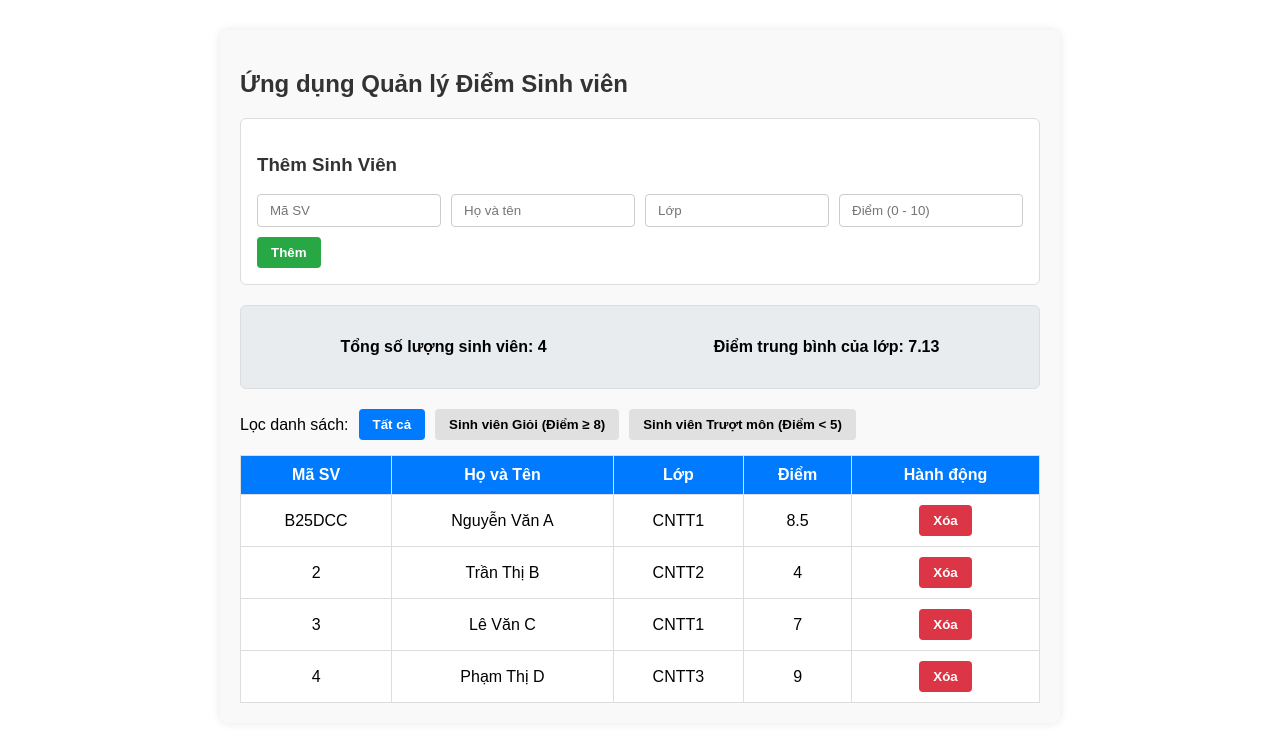
Repository: bachphamudu/B25DCCC030
Page: /
An editor plug-in stored every save of this project. The page is shown before and after the next save, followed by the edit.
The browser window is 1280 px wide. The pictures show the whole page.
The project was rebuilt for these pictures with package versions that can differ from the ones it lists, and the page was loaded fresh each time.

Above is the page before, as saved 2026-10-15 10:07:35.

After the next save:
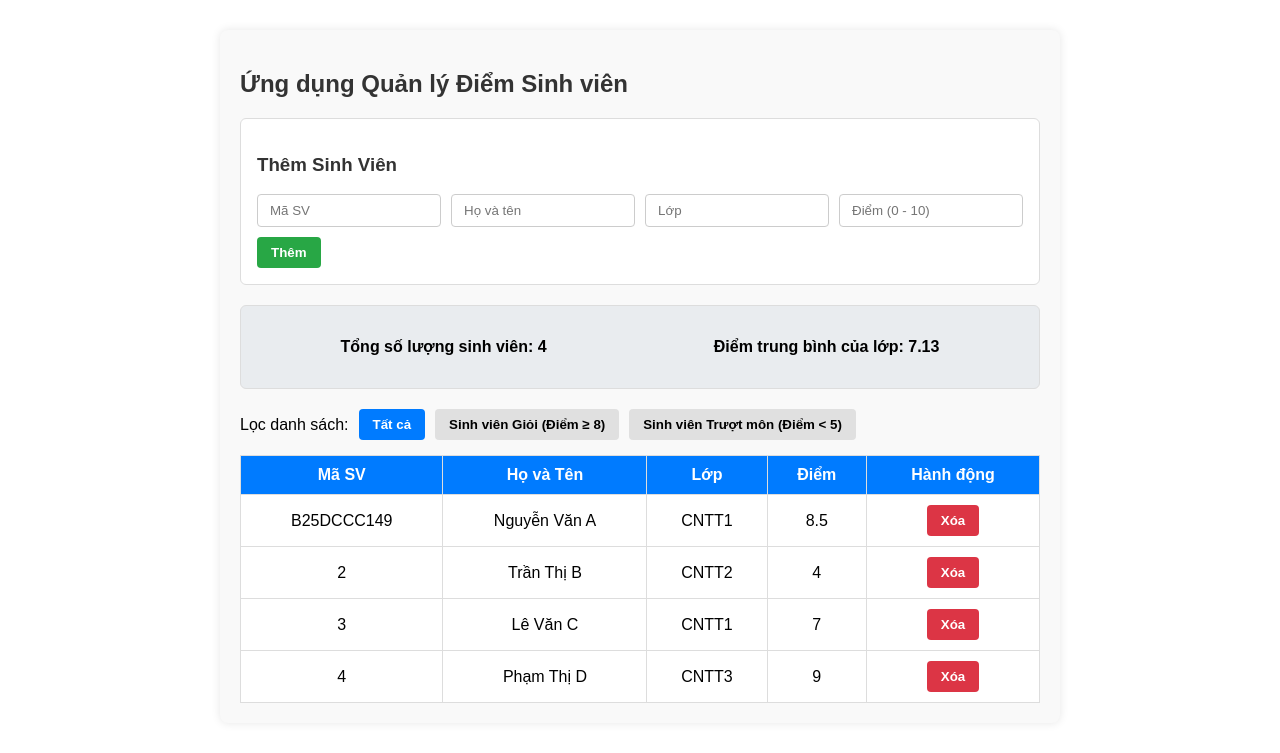
Saved 4 s later.
--- a/src/App.js
+++ b/src/App.js
@@ -52,7 +52,7 @@ const StudentTable = (sql) => {
 
 const App = () => {
   const [students, setStudents] = useState([
-    { id: 'B25DCC', name: 'Nguyễn Văn A', score: 8.5, className: 'CNTT1' },
+    { id: 'B25DCCC149', name: 'Nguyễn Văn A', score: 8.5, className: 'CNTT1' },
     { id: '2', name: 'Trần Thị B', score: 4.0, className: 'CNTT2' },
     { id: '3', name: 'Lê Văn C', score: 7.0, className: 'CNTT1' },
     { id: '4', name: 'Phạm Thị D', score: 9.0, className: 'CNTT3' },
